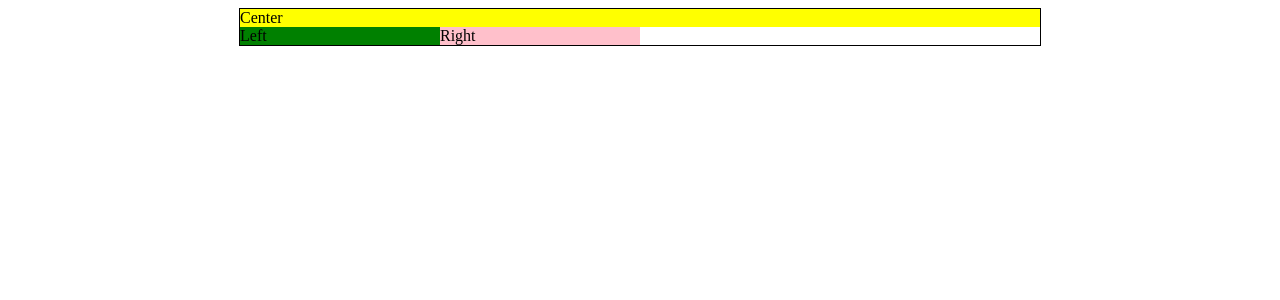
Repository: nanvon/front-end_byhuawei
Page: CSS_example.html
The author's editor kept a copy of each file at every save. The page is drawn from the files as they stood at one save, then again after a run of saves.
The browser window is 1280 px wide. The pictures show the whole page.

Above is the page before, as saved 2020-12-10 19:50:27.

### CSS_example.html
<!DOCTYPE html>
<html lang="en">

<head>
    <meta charset="UTF-8">
    <meta name="viewport" content="width=device-width, initial-scale=1.0">
    <title>双飞翼布局</title>
    <style>
        .container {
            border: 1px solid #000;
            width: 800px;
            margin: auto;
            overflow: hidden;
        }

        .center {
            float: left;
            background: yellow;
            width: 100%;
        }

        .left {
            float: left;
            background: green;
            width: 200px;
            margin: ;
        }

        .right {
            float: left;
            background: pink;
            width: 200px;;
        }
    </style>
</head>

<body>
    <div class="container">
        <div class="center">Center</div>
        <div class="left">Left</div>
        <div class="right">Right</div>
    </div>
</body>

</html>

After the next 2 saves:
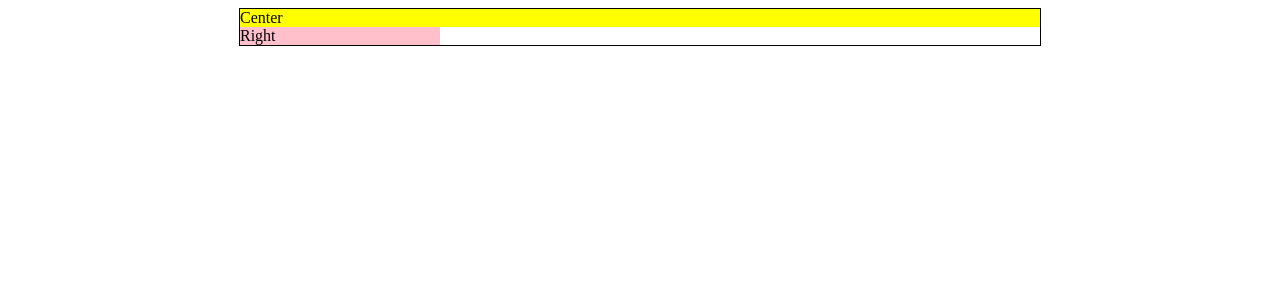
The 2 saves are shown as one change because they came seconds apart.
The last was saved 25 s later.
--- a/CSS_example.html
+++ b/CSS_example.html
@@ -23,7 +23,7 @@
             float: left;
             background: green;
             width: 200px;
-            margin: ;
+            margin: -100%;
         }
 
         .right {
